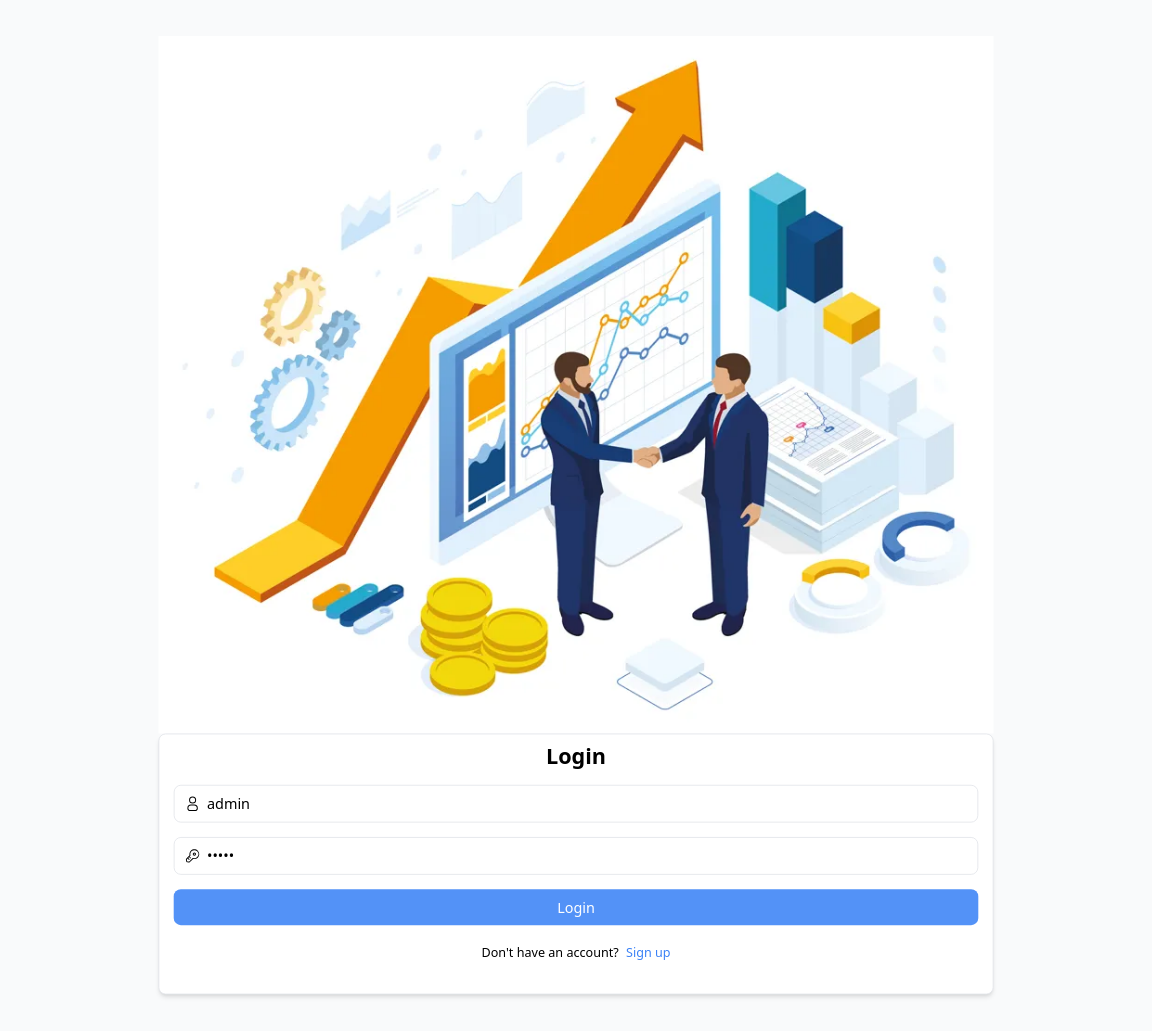
Repository: Fortivera/yourestate
Page: /
The author's editor kept a copy of each file at every save. The page is drawn from the files as they stood at one save, then again after the next save.
The browser window is 1280 px wide. The pictures show the whole page, at 90% of full size.
The project was rebuilt for these pictures with package versions that can differ from the ones it lists, and the page was loaded fresh each time. The framework's server and built-in components were replaced by stand-ins that run in the browser. Also part of the build but not shown: next.config.js.

Above is the page before, as saved 2023-11-01 23:36:51.

After the next save:
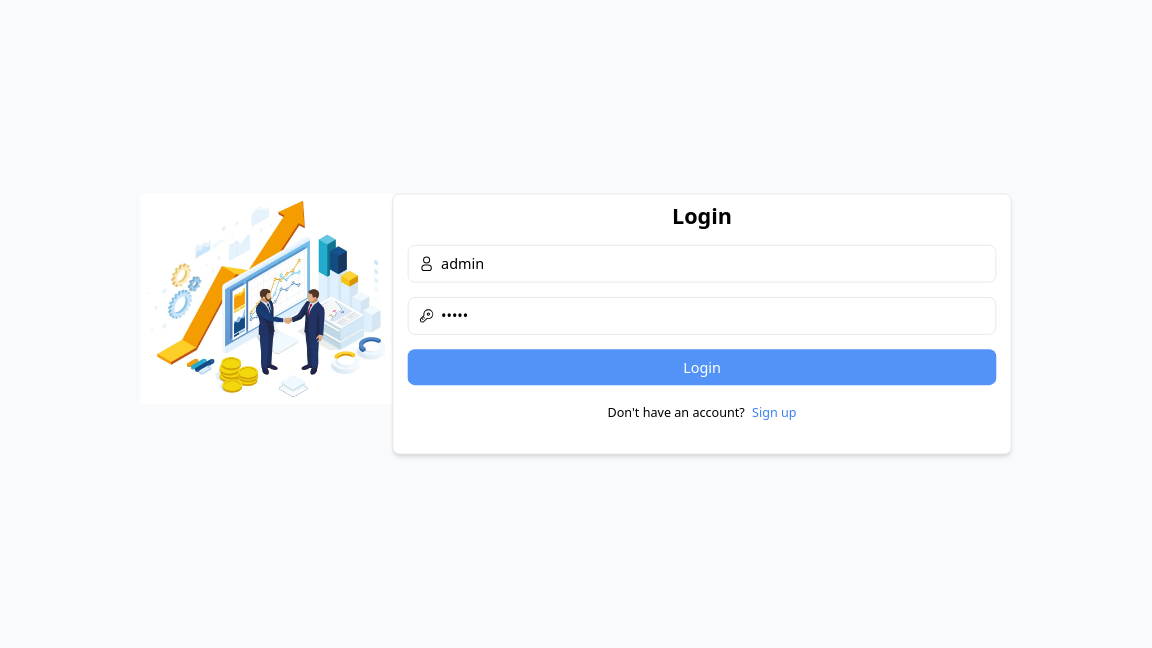
Saved 3 min 27 s later.
--- a/src/app/page.tsx
+++ b/src/app/page.tsx
@@ -3,65 +3,40 @@ import Image from "next/image";
 import SvgNewUser from "public/static/SvgNewUser";
 import SvgPassword from "public/static/SvgPassword";
 
-export const metadata = {
-  title: "Real Estate Manager",
-  description: "Application for managing properties, including profit and spendings",
-};
-
 export default function Login() {
   return (
     <div className="min-h-screen bg-gray-50 flex items-center justify-center">
-      <div className="w-full px-4 py-10 laptop:w-3/4 desktop:w-[1000px] flex flex-col">
-        <figure className="w-full">
-          <Image src="/static/growth.jpg" alt="login page picture" layout="responsive" width={300} height={200} />
-        </figure>
-        <div className="w-full px-4 pb-8 pt-2 bg-white border rounded-lg shadow-md">
-          <h1 className="text-2xl font-semibold text-center mb-4">Login</h1>
+      <div className="w-full px-4 py-10 tablet:w-[540px] laptop:w-[1000px]">
+        <div className="tablet:flex tablet:flex-col laptop:flex-row">
+          <figure className="w-full tablet:w-[300px] laptop:w-[400px]">
+            <Image src="/static/growth.jpg" alt="login page picture" layout="responsive" width={300} height={200} />
+          </figure>
+          <div className="w-full px-4 pb-8 pt-2 bg-white border rounded-lg shadow-md">
+            <h1 className="text-2xl font-semibold text-center mb-4">Login</h1>
 
-          <div className="mb-4 relative">
-            <label className="text-sm" htmlFor="Name">
-              <SvgNewUser width={18} height={18} className="absolute left-3 top-3" />
-            </label>
-            <input
-              defaultValue="admin"
-              id="Name"
-              type="text"
-              name="Name"
-              placeholder="Username"
-              autoComplete="given-name"
-              required
-              className="block w-full border rounded-lg py-2 pl-9 mt-1 focus:ring focus:ring-blue-300"
-            />
-          </div>
+            <div className="mb-4 relative">
+              <label className="text-sm" htmlFor="Name">
+                <SvgNewUser width={18} height={18} className={"absolute left-3 top-3"} />
+              </label>
+              <input defaultValue="admin" id="Name" type="text" name="Name" placeholder="Username" autoComplete="given-name" required className="block w-full border rounded-lg py-2 pl-9 mt-1 focus:ring focus:ring-blue-300" />
+            </div>
 
-          <div className="mb-4 relative">
-            <label className="text-sm" htmlFor="Password">
-              <SvgPassword width={18} height={18} className="absolute left-3 top-3" />
-            </label>
-            <input
-              defaultValue="admin"
-              id="Password"
-              type="password"
-              name="Password"
-              placeholder="Password"
-              required
-              className="block w-full border rounded-lg py-2 pl-9 mt-1 focus:ring focus:ring-blue-300"
-            />
-          </div>
+            <div className="mb-4 relative">
+              <label className="text-sm" htmlFor="Password">
+                <SvgPassword width={18} height={18} className={"absolute left-3 top-3"} />
+              </label>
+              <input defaultValue="admin" id="Password" type="password" name="Password" placeholder="Password" required className="block w-full border rounded-lg py-2 pl-9 mt-1 focus:ring focus:ring-blue-300" />
+            </div>
 
-          <button
-            type="button"
-            aria-label="Sign-in button"
-            className="bg-[#5392f7] text-white rounded-lg w-full py-2 mb-4 hover:bg-[#3b83f6]"
-          >
-            <Link href="/dashboard">Login</Link>
-          </button>
-
-          <div className="flex text-sm justify-center">
-            <div className="p-1">Don't have an account?</div>
-            <Link href="/user" className="text-blue-500 hover:underline p-1">
-              Sign up
-            </Link>
+            <button type="button" aria-label="Sign-in button" className="bg-[#5392f7] text-white rounded-lg w-full py-2 mb-4 hover:bg-[#3b83f6]">
+              <Link href="/dashboard">Login</Link>
+            </button>
+            <div className="flex text-sm justify-center">
+              <div className="p-1">Don't have an account?</div>
+              <Link href="/user" className="text-blue-500 hover:underline p-1">
+                Sign up
+              </Link>
+            </div>
           </div>
         </div>
       </div>
